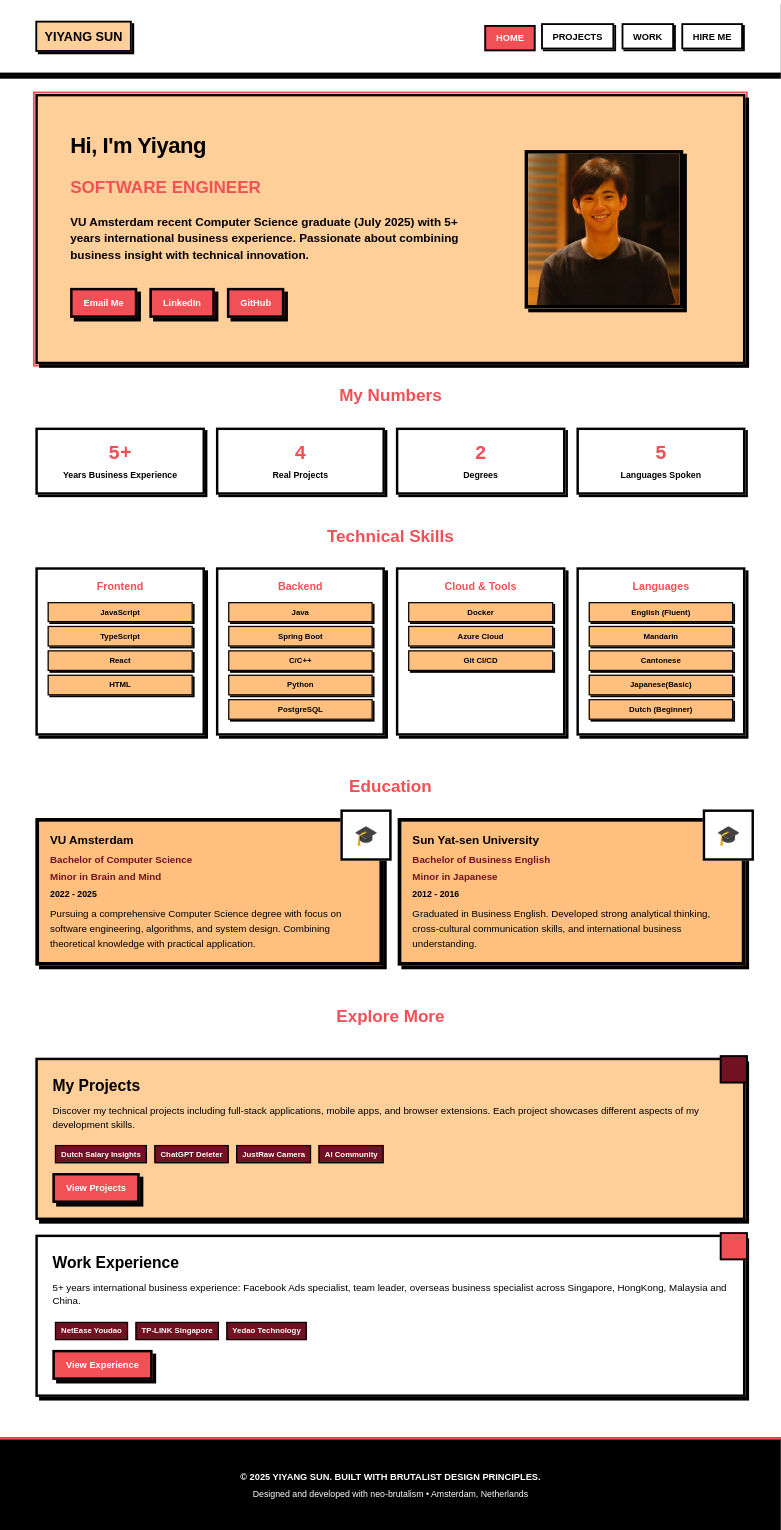
Repository: miloyiyangsun/yiyangsun.github.io
Page: .superdesign/design_iterations/yiyang_home_v2.html
An editor plug-in stored every save of this project. The page is shown before and after the next save, followed by the edit.
The browser window is 1280 px wide. The pictures show the whole page, at 61% of full size.

Above is the page before, as saved 2025-09-03 18:33:56.

After the next save:
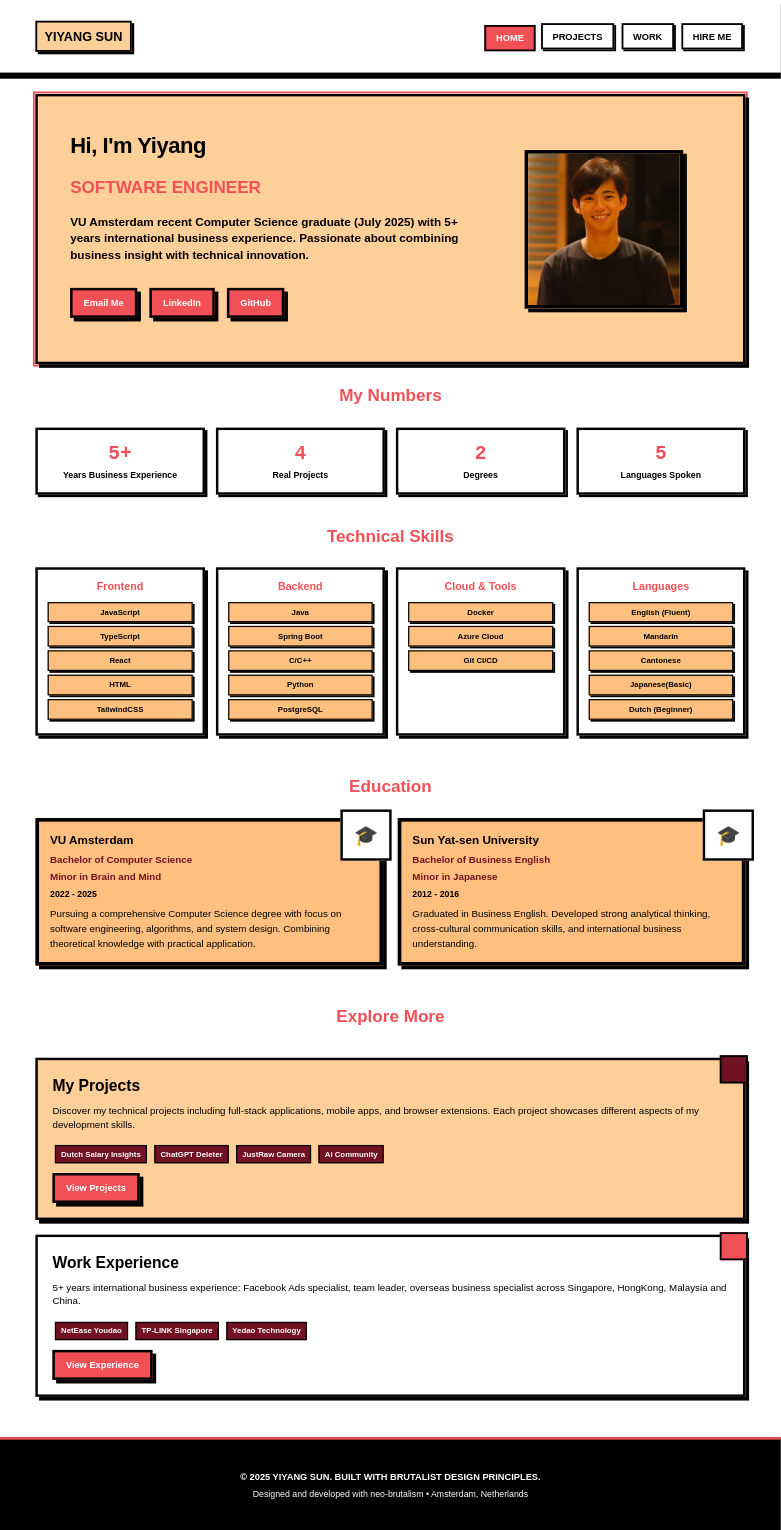
Saved 84 s later.
--- a/.superdesign/design_iterations/yiyang_home_v2.html
+++ b/.superdesign/design_iterations/yiyang_home_v2.html
@@ -417,6 +417,7 @@
             <div class="skill-item">TypeScript</div>
             <div class="skill-item">React</div>
             <div class="skill-item">HTML</div>
+            <div class="skill-item">TailwindCSS</div>
           </div>
 
           <div class="skill-category">
